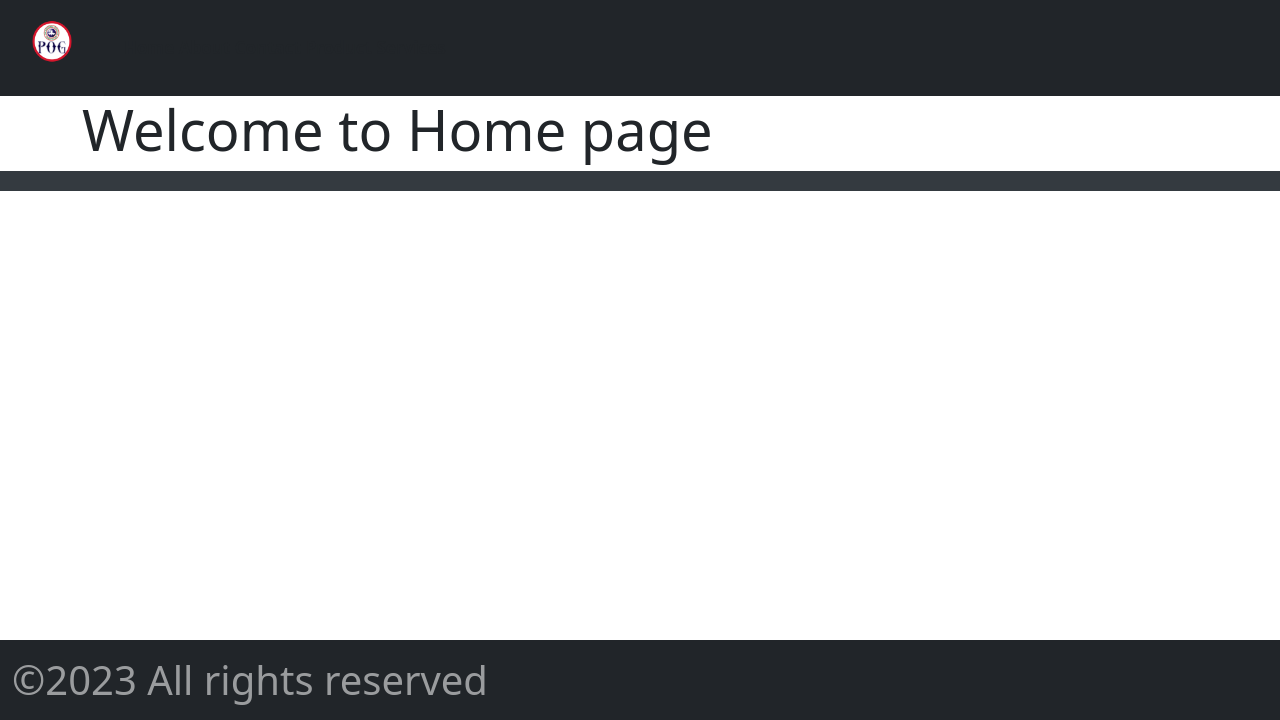
Repository: VuNhatDinhLe/test
Page: http://localhost/
These files come from the project's save history. The page is drawn as it stood at one moment and after the next save; the edit follows.
The browser window is 1280 px wide. The pictures show the whole page.
Some icons come from a web library that is not loaded, so they are not drawn. The page is served by the project's Node server (server.js). Other server files are loaded and not shown.

Above is the page before, as saved 2023-05-24 22:37:40.

### WEEK3DEMO/app/views/index.ejs
<!DOCTYPE html>
<html lang="en">
<head>
    <meta charset="UTF-8">
    <meta http-equiv="X-UA-Compatible" content="IE=edge">
    <meta name="viewport" content="width=device-width, initial-scale=1.0">
    <title><%= title %></title>
    <link rel="stylesheet" href="style.css"/>
    <link rel="stylesheet" href="/bootstrap/dist/css/bootstrap.min.css"/>
    <link rel="stylesheet" href="/@fortawesome/fontawesome-free/css/all.min.css"/>

        <style>
        ul.navbar-max {
            list-style: none; /* Remove the bullet */
            display: inline; /* Display the list items inline */
            float:right;
            font-size:17px

        }

        ul.navbar-max li {
            display: inline-block; /* Make the list items display inline */
        }
        a:link {
    text-decoration: none;
}


a:visited {
    text-decoration: none;
}


a:hover {
    text-decoration: none;
}


a:active {
    text-decoration: none;
}
html,
body {
  height: 100%;
  margin: 0;
}

body {
  display: flex;
  flex-direction: column;
}

main {
  flex: 1;
}



 footer {
            background-color: #343a40;
            color: #ffffff;
            padding: 10px;
        }

        footer .navbar-text {
            margin-bottom: 0;
        }


    </style>
</head>
<body>
   <!--Main Navigation-->
    <nav class="navbar navbar-expand-lg navbar-dark bg-dark">
  <div class="container-fluid">


    <!--<a class="navbar-brand" href="#">COMP229</a>-->
    <!--<button class="navbar-toggler" type="button" data-toggle="collapse" data-target="#navbarSupportedContent" aria-controls="navbarSupportedContent" aria-expanded="false" aria-label="Toggle navigation">
      <span class="navbar-toggler-icon"></span>
    </button>-->
    <img src="/img/logo.png" alt="logo" style: width="80px"; height="80px">
    <div class="collapse navbar-collapse" id="navbarSupportedContent">

      <b>
        <ul class="navbar-max mr-auto mb-2 mb-lg-0" >
          <% if (title=="Home"){%>
        <li class="nav-item active">
          <%}else{%>
            <li class="nav-item">
              <%}%>
          <a class="nav-link"  href="/"><i class="fas fa-lg fa-laptop-house"></i>Home</a>
        </li>
         <% if (title=="About"){%>
        <li class="nav-item active">
          <%}else{%>
            <li class="nav-item">
              <%}%>
          <a class="nav-link"  href="/about"><i class="fa-solid fa-address-card"></i>About</a>
        </li>
        <% if (title=="Contact"){%>
          <li class="nav-item active">
          <%}else{%>
        <li class="nav-item">
          <%}%>
          <a class="nav-link"  href="/contact"><i class="fa-solid fa-address-book"></i>Contact</a>
        </li>
         <% if (title=="Product"){%>
          <li class="nav-item active">
          <%}else{%>
        <li class="nav-item">
          <%}%>
          <a class="nav-link"  href="/products"><i class="fa-brands fa-product-hunt"></i>Product</a>
        </li>
         <% if (title=="Services"){%>
          <li class="nav-item active">
          <%}else{%>
        <li class="nav-item">
          <%}%>
          <a class="nav-link"  href="/services"><i class="fa-brands fa-servicestack"></i>Services</a>
        </li>
        </ul>
    </div>
  </div>
</nav>

<main class="container">
  <div class="jumbotron">
    <h1 class="display-4">Welcome to <%= title %> page</h1>
    </div>
    </main>
    <!--bottom nav-->

    <footer>
      <nav class="navbar fixed-bottom navbar-dark bg-dark">
   <div class="container-fluid">
    <h6 class="display-6 navbar-text">&copy;2023 All rights reserved</h6>
    </div>
    </nav>
  </div>
</nav>
      </footer>
      <!--script section-->
    <script src="/jquery/dist/jquery.min.js"></script>
    <script src="/bootstrap/dist/js/bootstrap.min.js"></script>
</body>

</html>

### WEEK3DEMO/server.js
process.env.NODE_ENV = process.env.NODE_ENV || 'development';
var express = require('./config/express');
var app = express();
app.listen(5000);
module.exports = app;

console.log('Server running at http://localhost:5000/');

### WEEK3DEMO/app/routes/index.server.routes.js
var express = require('express');
var router = express.Router();

/* GET home page. */
router.get('/', function(req, res, next) {
  res.render('index', { title: 'Home' });
});

router.get('/about', function(req, res, next) {
  res.render('index', { title: 'About' });
});
router.get('/products', function(req, res, next) {
  res.render('index', { title: 'Products' });
});
router.get('/contact', function(req, res, next) {
  res.render('index', { title: 'Contact' });
});
router.get('/services', function(req, res, next) {
  res.render('index', { title: 'Services' });
});

module.exports = router;

### WEEK3DEMO/public/Content/Style.css
a:link {
    text-decoration: none;
}


a:visited {
    text-decoration: none;
}


a:hover {
    text-decoration: none;
}


a:active {
    text-decoration: none;
}

ul {
    list-style-type: none;
}

After the next save:
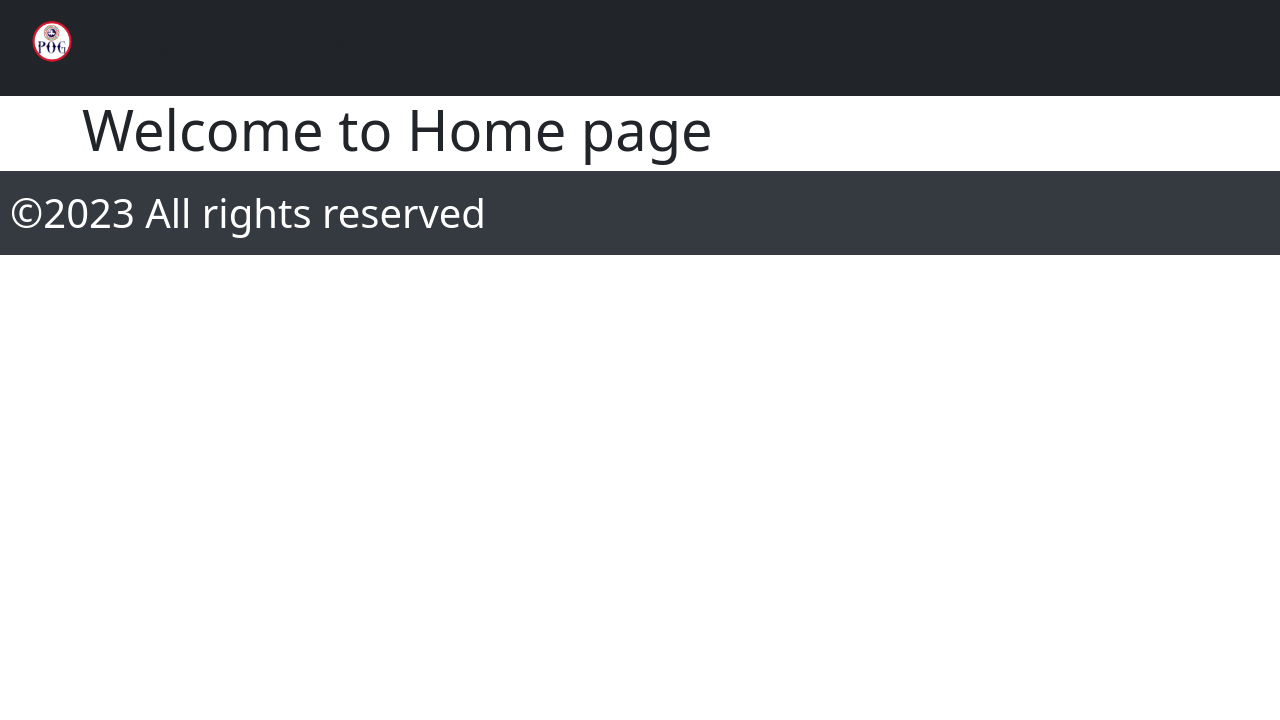
Saved 60 s later.
--- a/WEEK3DEMO/app/views/index.ejs
+++ b/WEEK3DEMO/app/views/index.ejs
@@ -132,8 +132,7 @@
     <!--bottom nav-->
 
     <footer>
-      <nav class="navbar fixed-bottom navbar-dark bg-dark">
-   <div class="container-fluid">
+
     <h6 class="display-6 navbar-text">&copy;2023 All rights reserved</h6>
     </div>
     </nav>

After the 2 saves that followed:
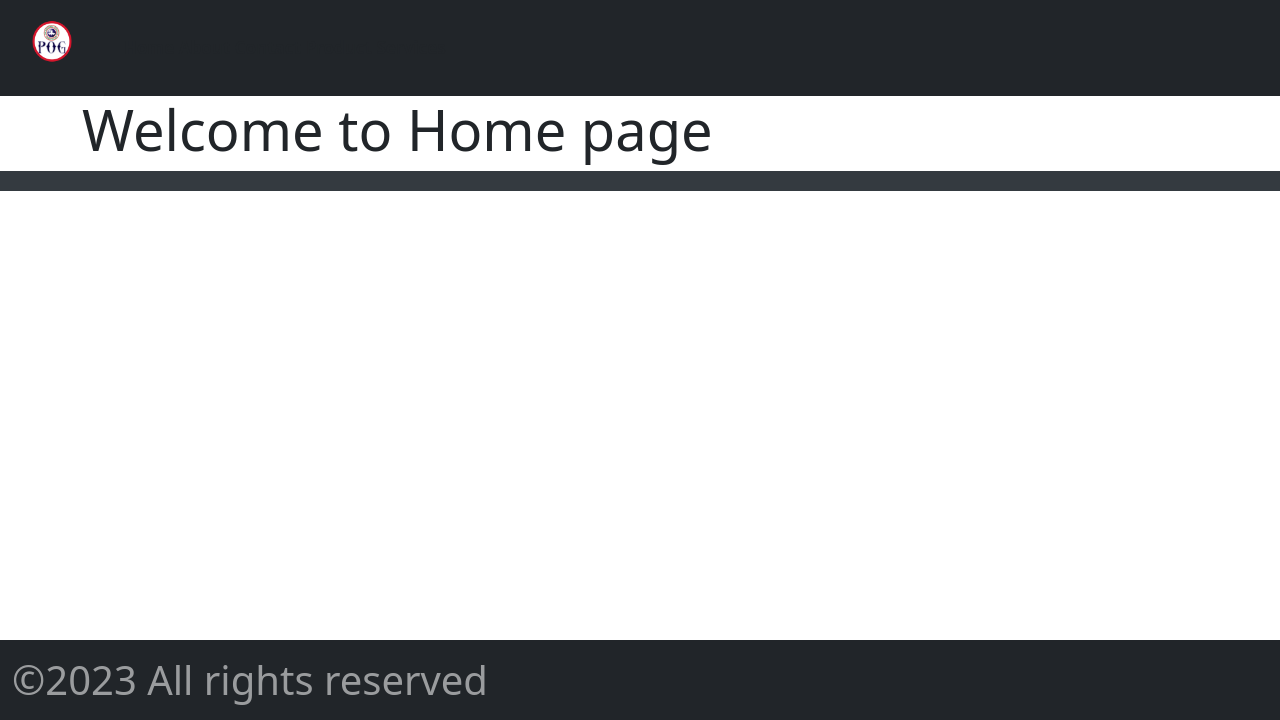
The 2 saves are shown as one change because 1 left the picture as it was.
The last was saved 23 s later.
--- a/WEEK3DEMO/app/views/index.ejs
+++ b/WEEK3DEMO/app/views/index.ejs
@@ -132,7 +132,8 @@
     <!--bottom nav-->
 
     <footer>
-
+      <nav class="navbar fixed-bottom navbar-dark bg-dark">
+   <div class="container-fluid">
     <h6 class="display-6 navbar-text">&copy;2023 All rights reserved</h6>
     </div>
     </nav>
